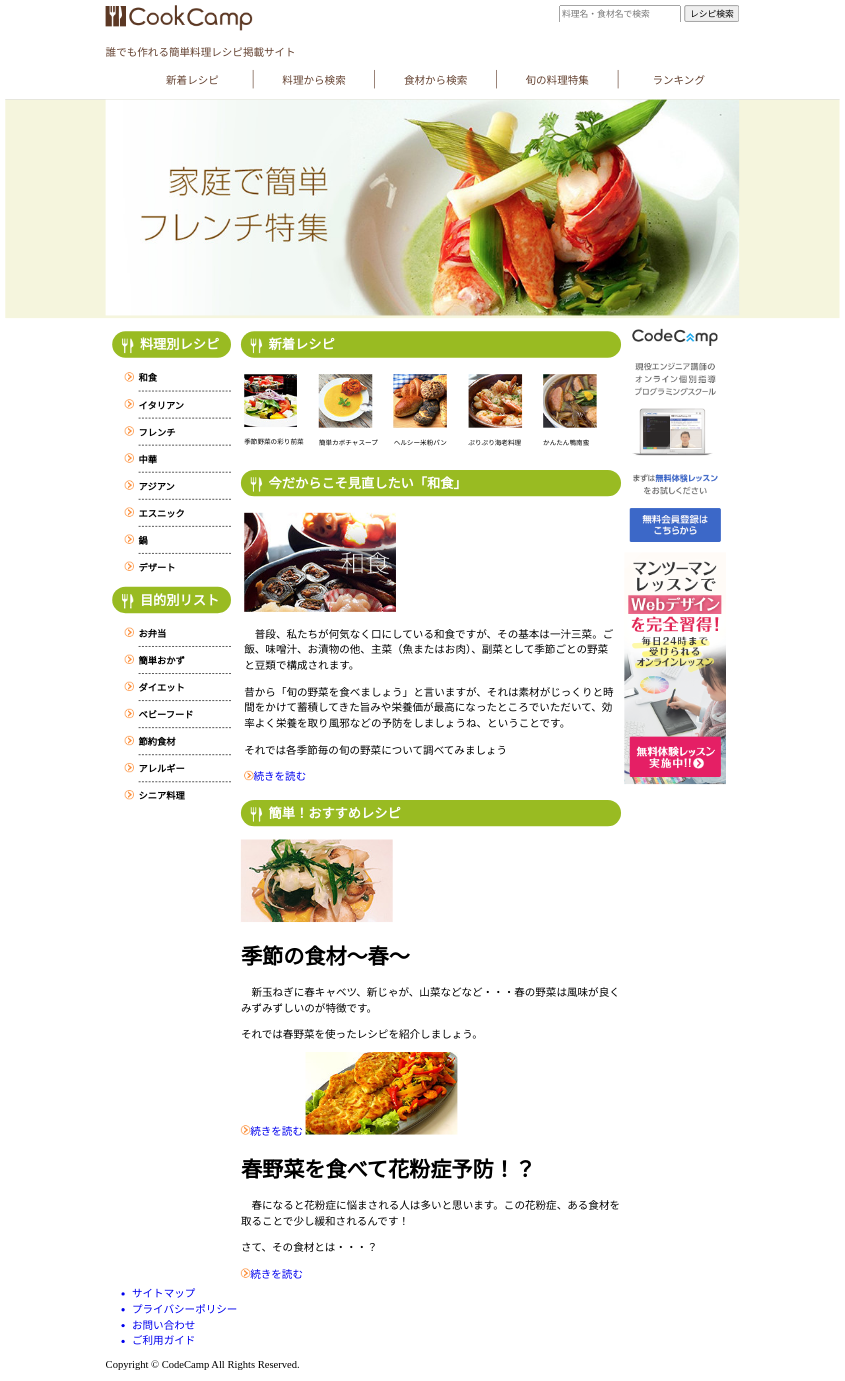
Repository: tomimaler/dc_work_tamachi_inagaki_html
Page: cookcamp/cookcamp.html
The author's editor kept a record of every edit. The page is drawn from the files as they stood at one moment, then again after the next edit.
The browser window is 1280 px wide. The pictures show the whole page, at 66% of full size.

Above is the page before.

After the next edit:
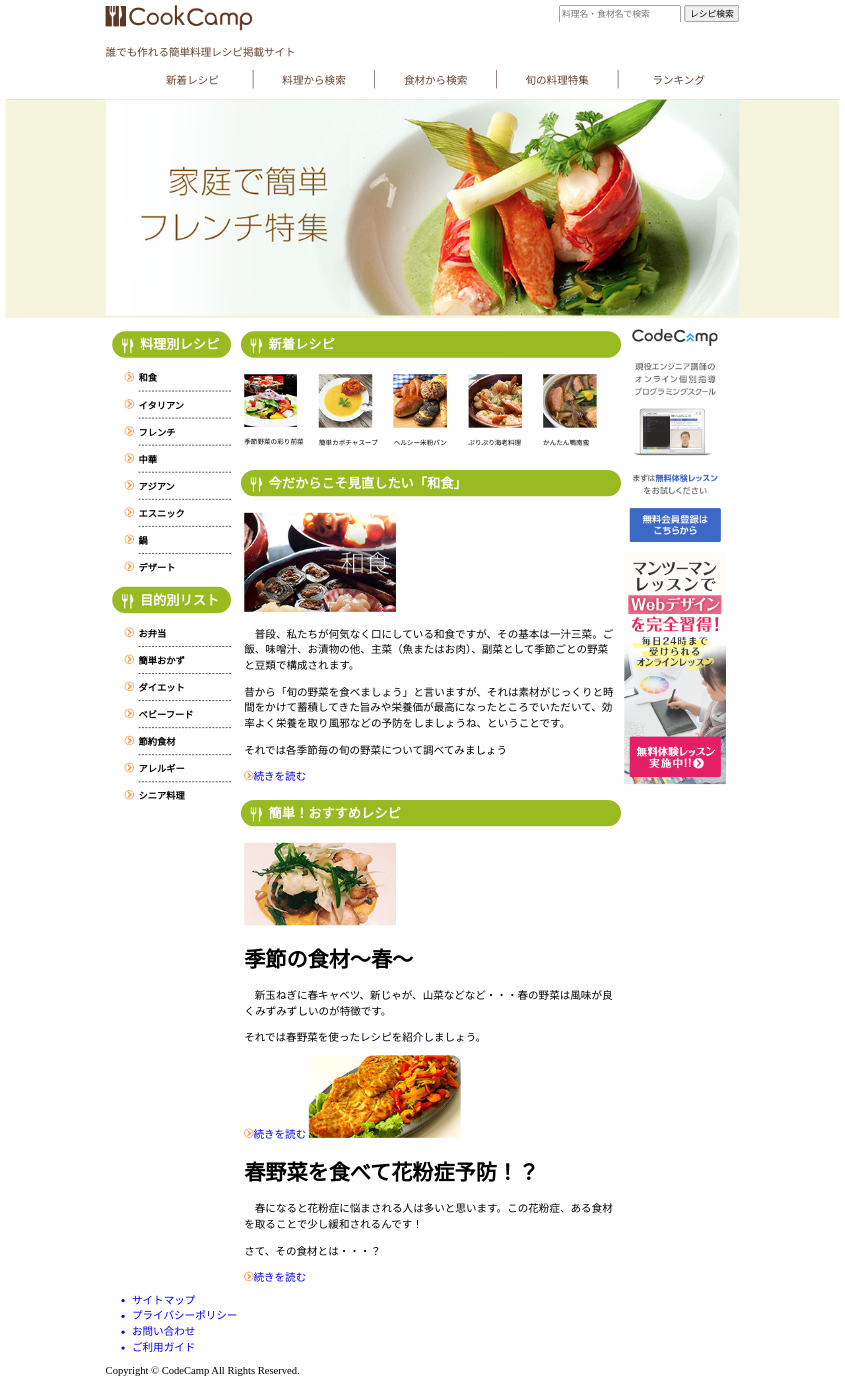
The edit:
--- a/cookcamp/cookcamp.html
+++ b/cookcamp/cookcamp.html
@@ -91,16 +91,18 @@
             </div>
             <div class="article">
                 <h3><img src="images/icon/dish.png">簡単！おすすめレシピ</h3>
-                <img src="images/contents/pushRecipes1.jpg" alt="春">
-                <h1>季節の食材～春～</h1>
-                <p>　新玉ねぎに春キャベツ、新じゃが、山菜などなど・・・春の野菜は風味が良くみずみずしいのが特徴です。</p>
-                <p>それでは春野菜を使ったレシピを紹介しましょう。</p>
-                <a href="#"><img src="images/icon/arrow.png" alt="arrow">続きを読む</a>
-                <img src="images/contents/pushRecipes2.jpg" alt="花粉症">
-                <h1>春野菜を食べて花粉症予防！？</h1>
-                <p>　春になると花粉症に悩まされる人は多いと思います。この花粉症、ある食材を取ることで少し緩和されるんです！</p>
-                <p>さて、その食材とは・・・？</p>
-                <a href="#"><img src="images/icon/arrow.png" alt="arrow">続きを読む</a>
+                <div class="section">
+                    <img src="images/contents/pushRecipes1.jpg" alt="春">
+                    <h1>季節の食材～春～</h1>
+                    <p>　新玉ねぎに春キャベツ、新じゃが、山菜などなど・・・春の野菜は風味が良くみずみずしいのが特徴です。</p>
+                    <p>それでは春野菜を使ったレシピを紹介しましょう。</p>
+                    <a href="#"><img src="images/icon/arrow.png" alt="arrow">続きを読む</a>
+                    <img src="images/contents/pushRecipes2.jpg" alt="花粉症">
+                    <h1>春野菜を食べて花粉症予防！？</h1>
+                    <p>　春になると花粉症に悩まされる人は多いと思います。この花粉症、ある食材を取ることで少し緩和されるんです！</p>
+                    <p>さて、その食材とは・・・？</p>
+                    <a href="#"><img src="images/icon/arrow.png" alt="arrow">続きを読む</a>
+                </div>
             </div>
         </div>
         <aside class="right-column">
